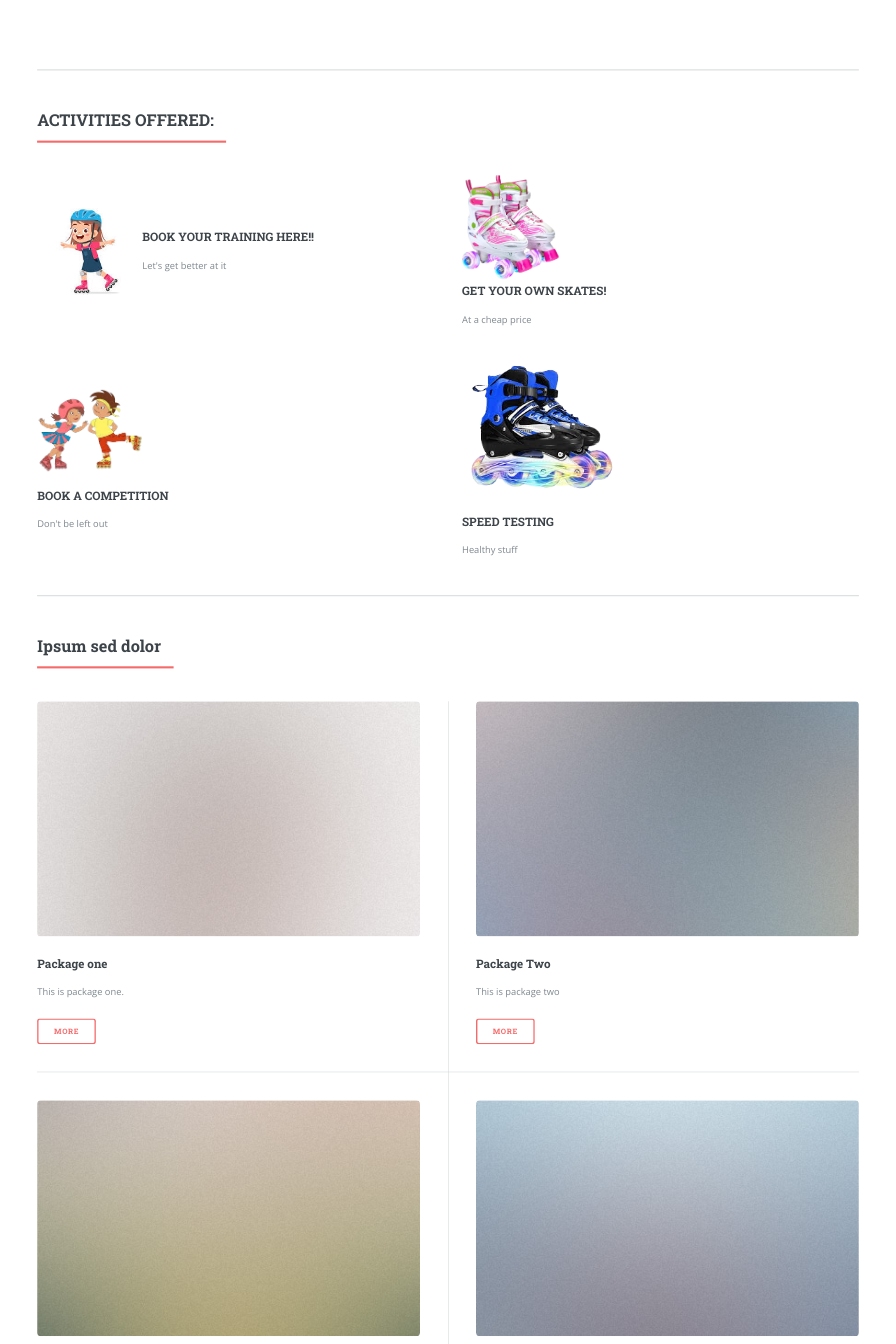
Repository: rachel648/New_Elite
Page: index.html
The author's editor kept a copy of each file at every save. The page is drawn from the files as they stood at one save, then again after the next save.
The browser window is 1280 px wide. The pictures show the part of the page from y = 707 to 2627 px (the page is 3395 px tall before and 3389 px after), at 70% of full size.

Above is the page before, as saved 2024-10-14 15:05:59.

After the next save:
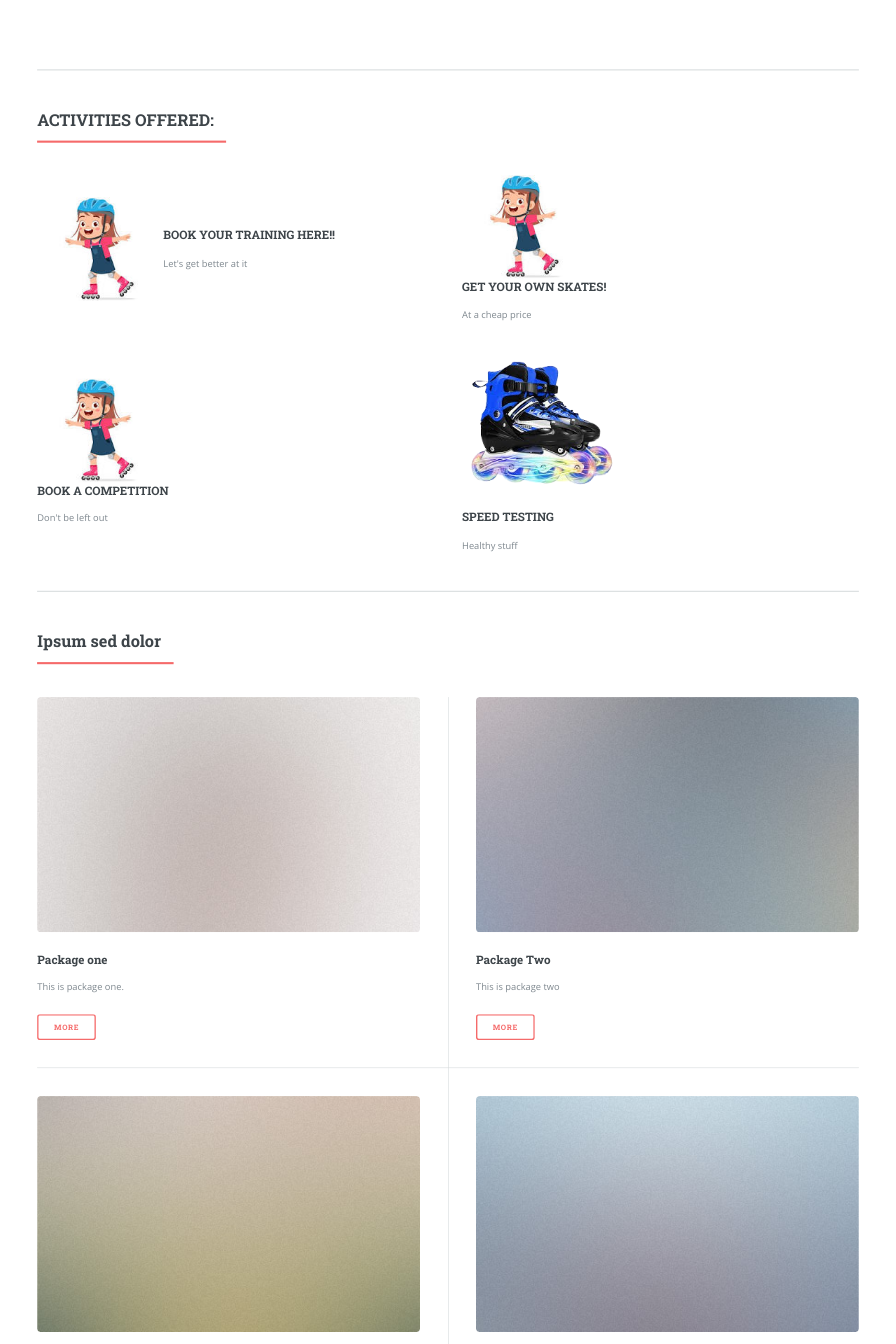
Saved 8 min 12 s later.
--- a/index.html
+++ b/index.html
@@ -53,7 +53,7 @@
 									<div class="features">
 										<article>
 											<span class="image object"></span>
-											<img src="images/training.jpg" alt="" style="width: 150px; height: auto;"/>
+											<img src="images/training.jpg" alt=""/>
 											<div class="content">
 												<h3>BOOK YOUR TRAINING HERE!!</h3>
 												<p>Let's get better at it</p>
@@ -61,7 +61,7 @@
 										</article>
 										<article>
 											<span class="image object">
-												<img src="images/pinkskates.jpg-removebg-preview.png" alt="" style="width: 150px; height: auto;" />
+												<img src="images/training.jpg" alt=""  />
 											<div class="content">
 												<h3>GET YOUR OWN SKATES!</h3>
 												<p>At a cheap price</p>
@@ -69,7 +69,7 @@
 										</article>
 										<article>
 											<span class="image object">
-												<img src="images/competition-removebg-preview.png" alt="" style="width: 150px; height: auto;" />
+												<img src="images/training.jpg" alt=""  />
 											<div class="content">
 												<h3>BOOK A COMPETITION</h3>
 												<p> Don't be left out</p>
